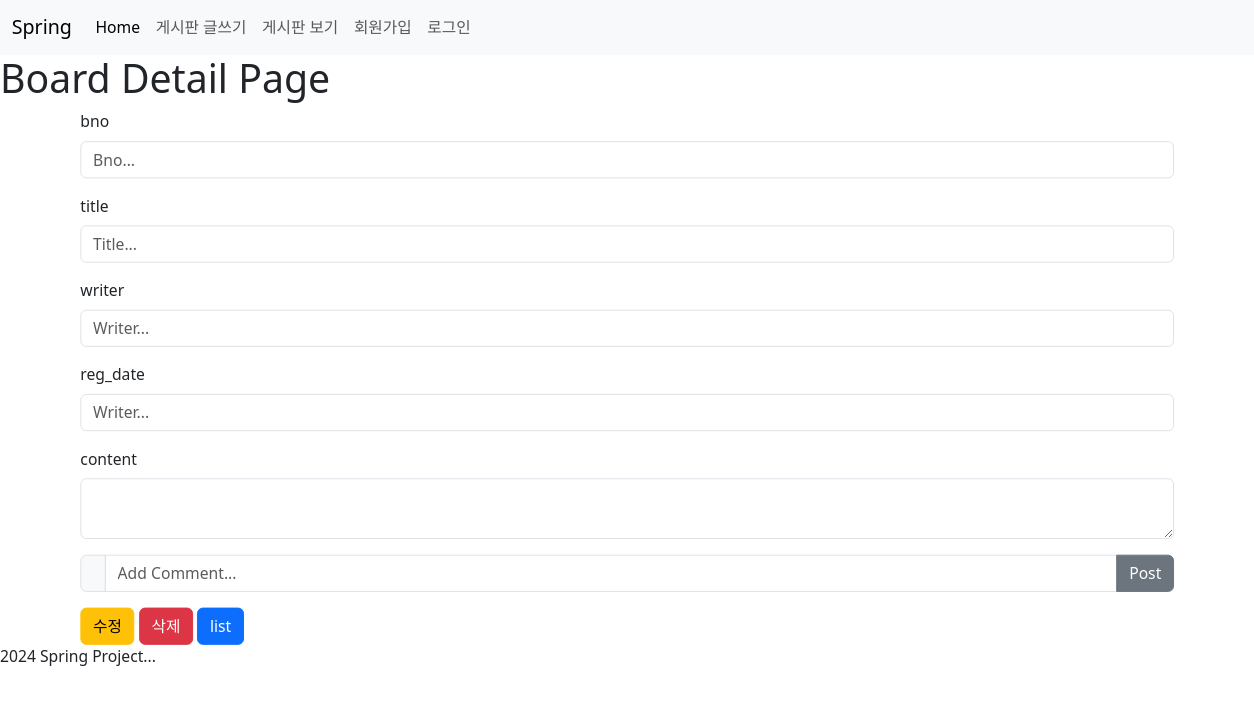
Repository: leechanggyu1118/Spring
Page: http://localhost/spring_study/WEB-INF/views/board/detail.jsp
These files come from the project's save history. The page is drawn as it stood at one moment and after the next save; the edit follows.
The browser window is 1280 px wide. The pictures show the whole page, at 98% of full size.
The page is served by Tomcat 9. Nobody is signed in. The template is opened directly, without the code that normally fills it, so the values that code supplies are empty.

Above is the page before, as saved 2024-04-26 02:43:29.

### spring_study/src/main/webapp/WEB-INF/views/board/detail.jsp
<%@ page language="java" contentType="text/html; charset=UTF-8"
    pageEncoding="UTF-8"%>
	<jsp:include page="../layout/header.jsp"></jsp:include>

	<h1>Board Detail Page</h1>
	<div class="container-md">
		<form action="/board/insert" method="post">

			<div class="mb-3">
				<label for="n" class="form-label">bno</label>
				<input type="text" class="form-control" name="bno" id="n" value="${bvo.bno }" readonly="readonly" placeholder="Bno...">
			</div>
			<div class="mb-3">
				<label for="t" class="form-label">title</label>
				<input type="text" class="form-control" name="title" id="t" value="${bvo.title }" readonly="readonly" placeholder="Title...">
			</div>

			<div class="mb-3">
				<label for="w" class="form-label">writer</label>
				<input type="text" class="form-control" name="writer" id="w" value="${bvo.writer }" readonly="readonly" placeholder="Writer...">
			</div>
			<div class="mb-3">
				<label for="r" class="form-label">reg_date</label>
				<input type="text" class="form-control" name="reg_date" id="r" value="${bvo.reg_date }" readonly="readonly" placeholder="Writer...">
			</div>

			<div class="mb-3">
				<label for="c" class="form-label">content</label>
				<textarea class="form-control" id="c" name="content" aria-label="With textarea" readonly="readonly">${bvo.content }</textarea>
			</div>

			<!-- Comment line  -->
			<!-- 댓글 등록 라인  -->
			<div class="input-group mb-3">
			  <span class="input-group-text" id="cmtWriter">${ses.id }</span>
			  <input type="text" id="cmtText" class="form-control" placeholder="Add Comment..." aria-label="Username" aria-describedby="basic-addon1">
			  <button type="button" id="cmtAddBtn" class="btn btn-secondary">Post</button>
			</div>

			<!-- 댓글 출력 라인  -->




			<a href="/board/modify?bno=${bvo.bno }"><button type="button" class="btn btn-warning">수정</button></a>
			<a href="/board/remove?bno=${bvo.bno }"><button type="button" class="btn btn-danger">삭제</button></a>
			<a href="/board/list"><button type="button" class="btn btn-primary">list</button></a>
		</form>
	</div>

		<jsp:include page="../layout/footer.jsp"></jsp:include>

### spring_study/src/main/webapp/WEB-INF/views/layout/header.jsp
<%@ page language="java" contentType="text/html; charset=UTF-8"
    pageEncoding="UTF-8"%>
    <%@taglib uri="http://java.sun.com/jsp/jstl/core" prefix="c" %>
<!DOCTYPE html>
<html>
<head>
<meta charset="UTF-8">
<title>header.jsp</title>
<link href="https://cdn.jsdelivr.net/npm/bootstrap@5.3.3/dist/css/bootstrap.min.css" rel="stylesheet" integrity="sha384-QWTKZyjpPEjISv5WaRU9OFeRpok6YctnYmDr5pNlyT2bRjXh0JMhjY6hW+ALEwIH" crossorigin="anonymous">
<script src="https://cdn.jsdelivr.net/npm/bootstrap@5.3.3/dist/js/bootstrap.bundle.min.js" integrity="sha384-YvpcrYf0tY3lHB60NNkmXc5s9fDVZLESaAA55NDzOxhy9GkcIdslK1eN7N6jIeHz" crossorigin="anonymous"></script>
</head>
<body>

<nav class="navbar navbar-expand-lg bg-body-tertiary">
  <div class="container-fluid">
    <a class="navbar-brand" href="#">Spring</a>
    <button class="navbar-toggler" type="button" data-bs-toggle="collapse" data-bs-target="#navbarSupportedContent" aria-controls="navbarSupportedContent" aria-expanded="false" aria-label="Toggle navigation">
      <span class="navbar-toggler-icon"></span>
    </button>
    <div class="collapse navbar-collapse" id="navbarSupportedContent">
      <ul class="navbar-nav me-auto mb-2 mb-lg-0">
        <li class="nav-item">
          <a class="nav-link active" aria-current="page" href="/">Home</a>
        </li>
        <li class="nav-item">
          <a class="nav-link" href="/board/register">게시판 글쓰기</a>
        </li>
        <li class="nav-item">
          <a class="nav-link" href="/board/list">게시판 보기</a>
        </li>
        <li class="nav-item">
          <a class="nav-link" href="/member/register">회원가입</a>
        </li>

        <c:if test="${ses.id eq null }">
        <li class="nav-item">
          <a class="nav-link" href="/member/login">로그인</a>
        </li>
        </c:if>

        <c:if test="${ses.id ne null }">
        <li class="nav-item">
          <a class="nav-link" href="/member/logout">로그아웃</a>
        </li>
        <li class="nav-item">
          <a class="nav-link" href="/member/modify">${ses.id }(${ses.email }) welcome!</a>
        </li>
		</c:if>

        </ul>
    </div>
  </div>
</nav>

### spring_study/src/main/webapp/WEB-INF/views/layout/footer.jsp
<%@ page language="java" contentType="text/html; charset=UTF-8"
    pageEncoding="UTF-8"%>
<div>
	2024 Spring Project...
</div>

</body>
</html>

After the next save:
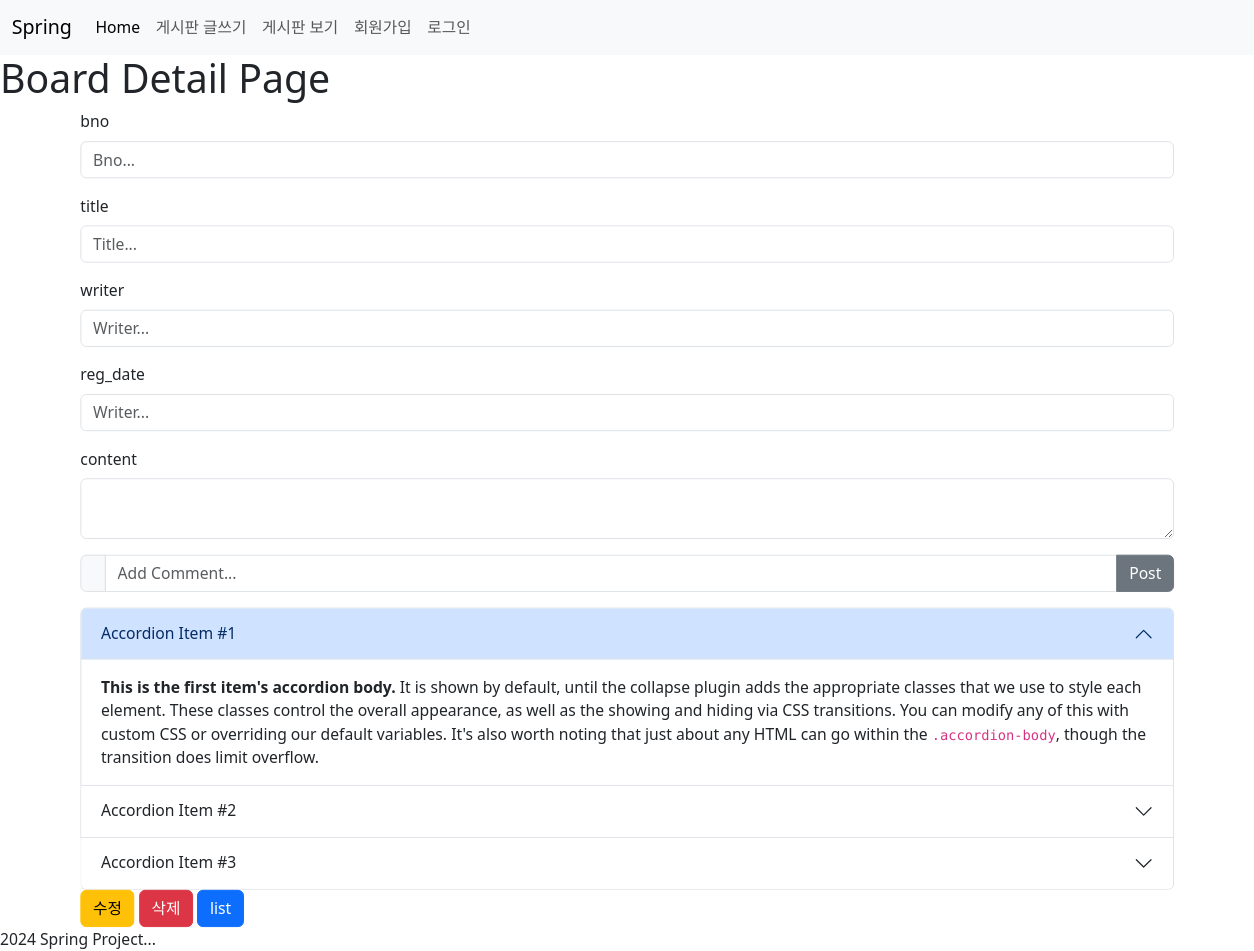
Saved 67 s later.
--- a/spring_study/src/main/webapp/WEB-INF/views/board/detail.jsp
+++ b/spring_study/src/main/webapp/WEB-INF/views/board/detail.jsp
@@ -38,7 +38,44 @@
 			</div>
 
 			<!-- 댓글 출력 라인  -->
-
+			<div class="accordion" id="accordionExample">
+			  <div class="accordion-item">
+			    <h2 class="accordion-header">
+			      <button class="accordion-button" type="button" data-bs-toggle="collapse" data-bs-target="#collapseOne" aria-expanded="true" aria-controls="collapseOne">
+			        Accordion Item #1
+			      </button>
+			    </h2>
+			    <div id="collapseOne" class="accordion-collapse collapse show" data-bs-parent="#accordionExample">
+			      <div class="accordion-body">
+			        <strong>This is the first item's accordion body.</strong> It is shown by default, until the collapse plugin adds the appropriate classes that we use to style each element. These classes control the overall appearance, as well as the showing and hiding via CSS transitions. You can modify any of this with custom CSS or overriding our default variables. It's also worth noting that just about any HTML can go within the <code>.accordion-body</code>, though the transition does limit overflow.
+			      </div>
+			    </div>
+			  </div>
+			  <div class="accordion-item">
+			    <h2 class="accordion-header">
+			      <button class="accordion-button collapsed" type="button" data-bs-toggle="collapse" data-bs-target="#collapseTwo" aria-expanded="false" aria-controls="collapseTwo">
+			        Accordion Item #2
+			      </button>
+			    </h2>
+			    <div id="collapseTwo" class="accordion-collapse collapse" data-bs-parent="#accordionExample">
+			      <div class="accordion-body">
+			        <strong>This is the second item's accordion body.</strong> It is hidden by default, until the collapse plugin adds the appropriate classes that we use to style each element. These classes control the overall appearance, as well as the showing and hiding via CSS transitions. You can modify any of this with custom CSS or overriding our default variables. It's also worth noting that just about any HTML can go within the <code>.accordion-body</code>, though the transition does limit overflow.
+			      </div>
+			    </div>
+			  </div>
+			  <div class="accordion-item">
+			    <h2 class="accordion-header">
+			      <button class="accordion-button collapsed" type="button" data-bs-toggle="collapse" data-bs-target="#collapseThree" aria-expanded="false" aria-controls="collapseThree">
+			        Accordion Item #3
+			      </button>
+			    </h2>
+			    <div id="collapseThree" class="accordion-collapse collapse" data-bs-parent="#accordionExample">
+			      <div class="accordion-body">
+			        <strong>This is the third item's accordion body.</strong> It is hidden by default, until the collapse plugin adds the appropriate classes that we use to style each element. These classes control the overall appearance, as well as the showing and hiding via CSS transitions. You can modify any of this with custom CSS or overriding our default variables. It's also worth noting that just about any HTML can go within the <code>.accordion-body</code>, though the transition does limit overflow.
+			      </div>
+			    </div>
+			  </div>
+			</div>
 
 
 
